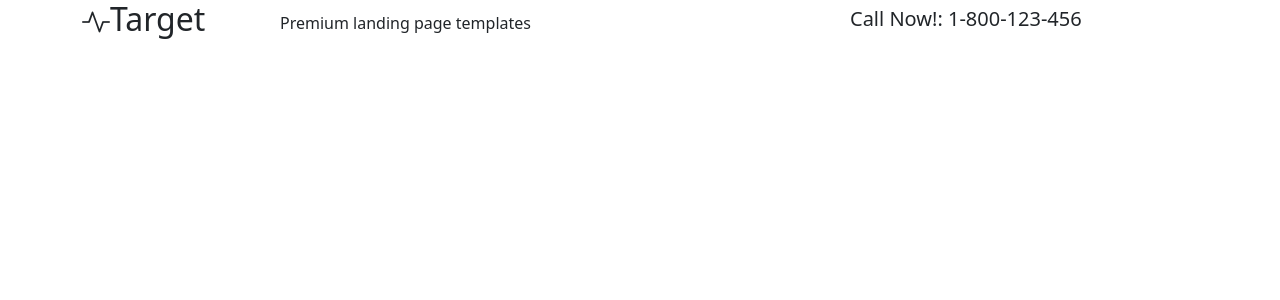
Repository: lyvandat/dh---bootstrap1
Page: index.html
These files come from the project's save history. The page is drawn as it stood at one moment and after the next save; the edit follows.
The browser window is 1280 px wide. The pictures show the whole page.
Some web libraries are served in a nearby version.

Above is the page before, as saved 2022-10-27 15:15:03.

### index.html
<!DOCTYPE html>
<html lang="en">
  <head>
    <!-- Required meta tags -->
    <meta charset="utf-8" />
    <meta name="viewport" content="width=device-width, initial-scale=1" />

    <!-- Bootstrap CSS -->
    <link
      href="https://cdn.jsdelivr.net/npm/bootstrap@5.0.2/dist/css/bootstrap.min.css"
      rel="stylesheet"
      integrity="sha384-EVSTQN3/azprG1Anm3QDgpJLIm9Nao0Yz1ztcQTwFspd3yD65VohhpuuCOmLASjC"
      crossorigin="anonymous"
    />
    <link
      rel="stylesheet"
      href="https://cdn.jsdelivr.net/npm/bootstrap-icons@1.9.1/font/bootstrap-icons.css"
    />
    <title>Hello, world!</title>
  </head>
  <body>
    <div class="container header align-items-center">
      <div class="row">
        <div class="col-2 d-inline-flex me-2">
          <i class="bi bi-activity fs-3"></i>
          <h2>Target</h2>
        </div>
        <div class="col-6 d-flex align-items-center">
          <div class="">Premium landing page templates</div>
        </div>
        <div class="col-3 d-flex align-items-center">
          <h3 class="fs-5">Call Now!: 1-800-123-456</h3>
        </div>
      </div>
    </div>

    <!-- Optional JavaScript; choose one of the two! -->

    <!-- Option 1: Bootstrap Bundle with Popper -->
    <script
      src="https://cdn.jsdelivr.net/npm/bootstrap@5.0.2/dist/js/bootstrap.bundle.min.js"
      integrity="sha384-MrcW6ZMFYlzcLA8Nl+NtUVF0sA7MsXsP1UyJoMp4YLEuNSfAP+JcXn/tWtIaxVXM"
      crossorigin="anonymous"
    ></script>
  </body>
</html>

After the next save:
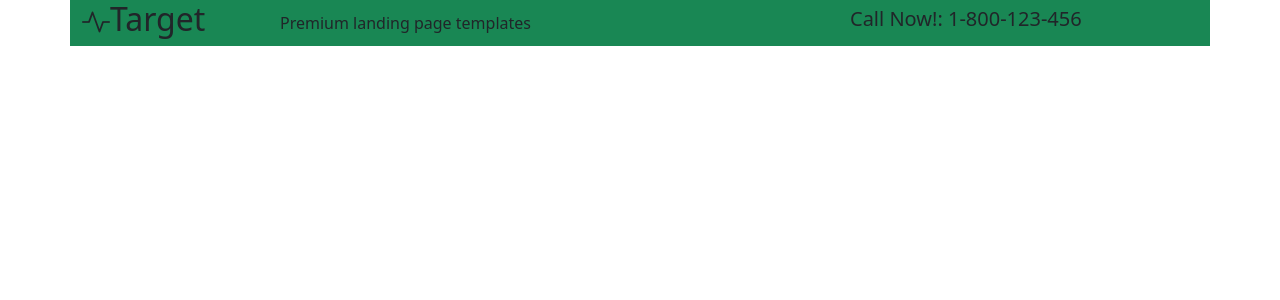
Saved 38 s later.
--- a/index.html
+++ b/index.html
@@ -19,7 +19,7 @@
     <title>Hello, world!</title>
   </head>
   <body>
-    <div class="container header align-items-center">
+    <div class="container header align-items-center bg-success">
       <div class="row">
         <div class="col-2 d-inline-flex me-2">
           <i class="bi bi-activity fs-3"></i>
